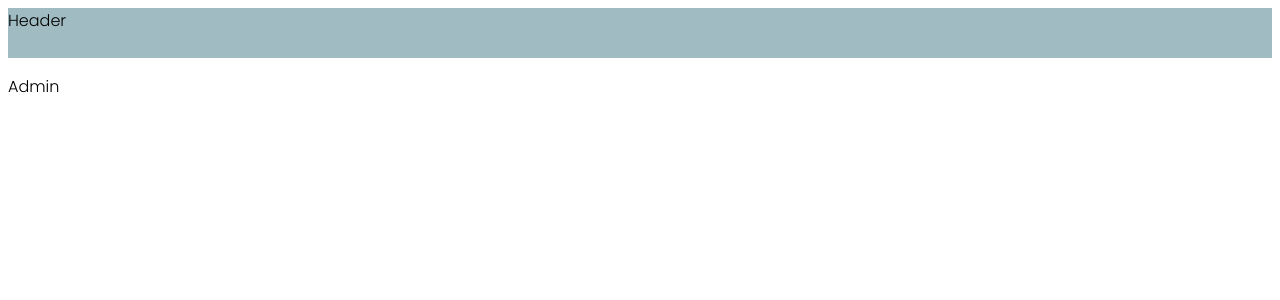
Repository: namphextra/portfolio
Page: /admin
These files come from the project's save history. The page is drawn as it stood at one moment and after the next save; the edit follows.
The browser window is 1280 px wide. The pictures show the whole page.
The project was rebuilt for these pictures with package versions that can differ from the ones it lists, and the page was loaded fresh each time. The framework's server and built-in components were replaced by stand-ins that run in the browser. Also part of the build but not shown: next.config.js.

Above is the page before, as saved 2023-02-15 14:35:13.

After the next save:
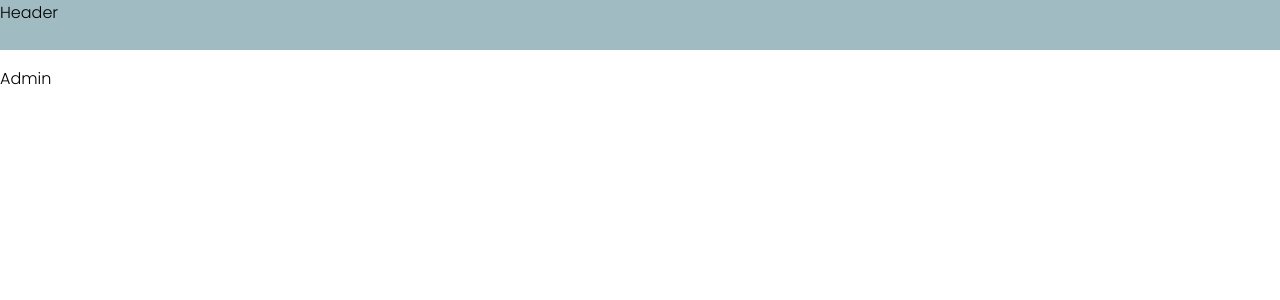
Saved 61 s later.
--- a/src/app/global.css
+++ b/src/app/global.css
@@ -2,3 +2,6 @@
 * {
   font-family: 'Poppins', sans-serif;
 }
+body {
+  margin: 0;
+}
